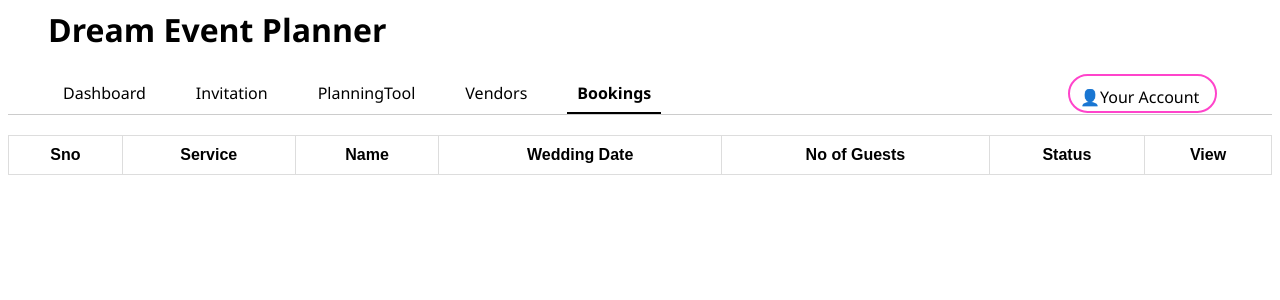
Repository: rajeshwari16945/Dream_Event_planner
Page: dep-admin-vendor-svc/src/main/resources/static/html/UserBookings.html
These files come from the project's save history. The page is drawn as it stood at one moment and after the next save; the edit follows.
The browser window is 1280 px wide. The pictures show the whole page.
The page's requests for data from a server got no answer.

Above is the page before, as saved 2025-03-08 21:07:02.

### dep-admin-vendor-svc/src/main/resources/static/html/UserBookings.html
<!DOCTYPE html>
<html>
	<head>
		<meta charset="UTF-8"/>
		<title>Dream Event Planner</title>
		<link type="text/css" rel="stylesheet" href="../css/style.css">
		<script src="https://ajax.googleapis.com/ajax/libs/jquery/3.7.1/jquery.min.js"></script>
		<script src="../javascript/checkSession.js"></script>
		<script src="../javascript/UserNavigationJQ.js"></script>
		<script src="../javascript/UserBookings.js"></script>
		<script>
		  fetch('userNavigation.html')
		    .then(response => response.text())
		    .then(data => {
		      document.getElementById('content').innerHTML = data;
		    });
		</script>
	</head>
	<body>
		<div id="content"></div>
		<main>
			<table class="bookings-table">
				<thead class="bookings-thead"><tr><td>Sno</td><td>Service</td><td>Name</td><td>Wedding Date</td><td>No of Guests</td><td>Status</td><td>View</td></tr></thead>
				<tbody class="bookings-tbody" id="tbody"></tbody>
			</table>
		</main>
	</body>
</html>

### dep-admin-vendor-svc/src/main/resources/static/html/userNavigation.html
<!DOCTYPE html>
<html>
	<head>
		<meta charset="utf-8">
		<title>Dream Event Planner</title>
		<link type="text/css" rel="stylesheet" href="../css/style.css">
		<script>
		    document.addEventListener("DOMContentLoaded", function () {
		        // Get the current page URL
		        let currentPage = window.location.pathname.split("/").pop();
		        // Select all navigation links
		        let navLinks = document.querySelectorAll(".user-nav-menu a");
		        // Loop through links and add the 'active' class if the href matches the page
		        navLinks.forEach(link => {
		            if (link.getAttribute("href") === currentPage) {
		                link.classList.add("active");
		            }
		        });
		    });
		</script>
	</head>
	<body>
		<div class="user_nav_main">
			<h1 class="top-heading">Dream Event Planner</h1>
			<div class="topnav">
                <div class="float-left">
					<ul class="user-nav-menu">
	                    <li><a class="nav-items active" href="dashboard.html">Dashboard</a></li>
	                    <li><a class="nav-items" href="invitation.html">Invitation</a></li>
						<li><a class="nav-items" href="PlanningTool.html">PlanningTool</a></li>
	                    <li class="dropdown">
							<a href="">Vendors</a>
							<ul class="dropdown-menu">
				                <li><a href="VendorList.html?type=Venue">Venue</a></li>
				                <li><a href="VendorList.html?type=Catering">Catering</a></li>
				                <li><a href="VendorList.html?type=Photographer">Photographers</a></li>
				            </ul>
						</li>
						<li><a class="nav-items" href="UserBookings.html">Bookings</a></li>
					</ul>
                </div>
                <div class="float-right">
					<ul class="user-nav-menu">
						<li class="dropdown">
							<a href="" class="account-menu">👤Your Account</a>
							<ul class="dropdown-menu">
								<li><a href="UserSettings.html">Account Settings</a></li>
								<li><button id="logoutButton">Log out</button></li>
							</ul>
						</li>
					</ul>
                </div>
            </div>
		</div>
	</body>
</html>

Loaded but not shown: dep-admin-vendor-svc/src/main/resources/static/javascript/UserBookings.js (87 lines, source omitted); dep-admin-vendor-svc/src/main/resources/static/javascript/checkSession.js (47 lines, source omitted); dep-admin-vendor-svc/src/main/resources/static/javascript/UserNavigationJQ.js (25 lines, source omitted); dep-admin-vendor-svc/src/main/resources/static/css/style.css (2134 lines, source omitted)

After the next save:
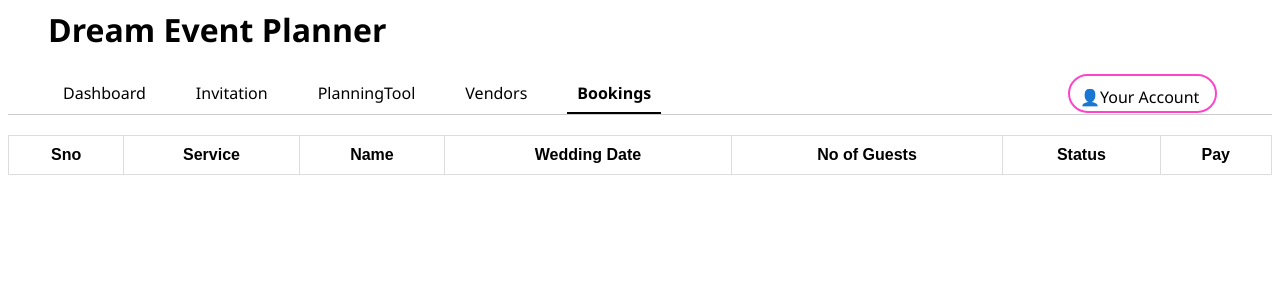
Saved 78 s later.
--- a/dep-admin-vendor-svc/src/main/resources/static/html/UserBookings.html
+++ b/dep-admin-vendor-svc/src/main/resources/static/html/UserBookings.html
@@ -20,7 +20,7 @@
 		<div id="content"></div>
 		<main>
 			<table class="bookings-table">
-				<thead class="bookings-thead"><tr><td>Sno</td><td>Service</td><td>Name</td><td>Wedding Date</td><td>No of Guests</td><td>Status</td><td>View</td></tr></thead>
+				<thead class="bookings-thead"><tr><td>Sno</td><td>Service</td><td>Name</td><td>Wedding Date</td><td>No of Guests</td><td>Status</td><td>Pay</td></tr></thead>
 				<tbody class="bookings-tbody" id="tbody"></tbody>
 			</table>
 		</main>
